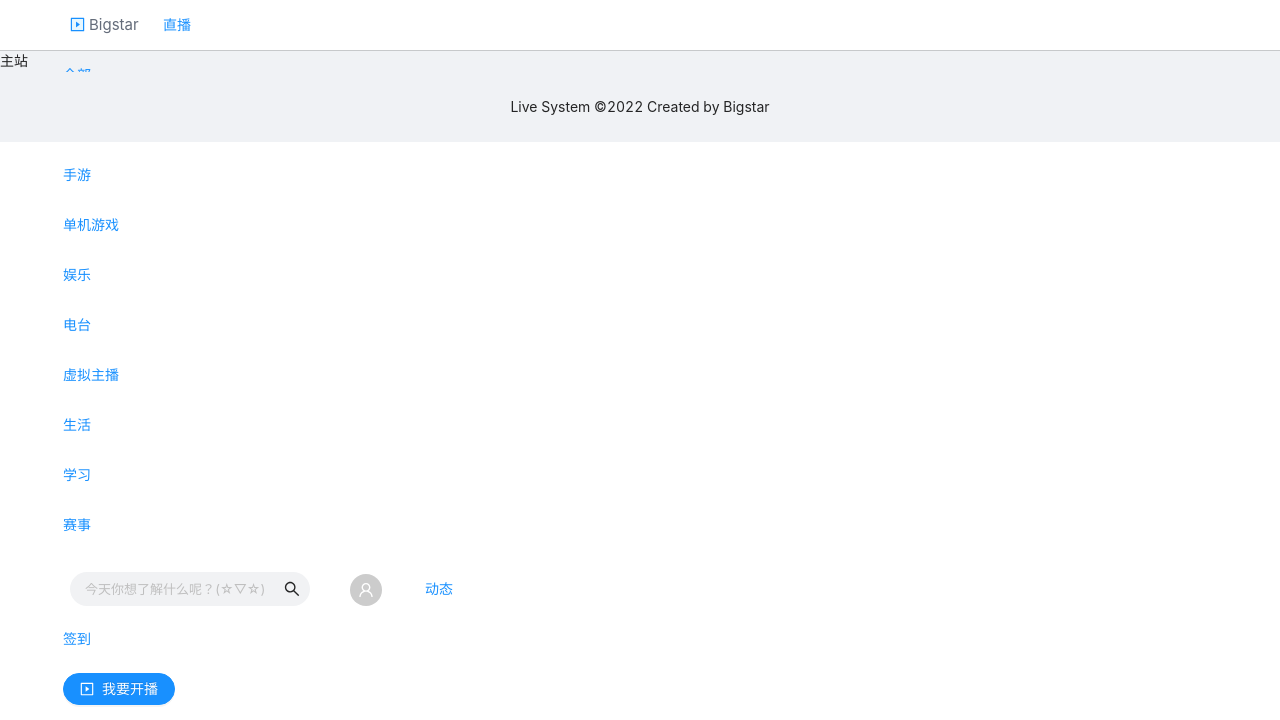
Repository: Bigstar-hyx/webrtc-react
Page: /
The author's editor kept a copy of each file at every save. The page is drawn from the files as they stood at one save, then again after the next save.
The browser window is 1280 px wide. The pictures show the whole page.
The project was rebuilt for these pictures with package versions that can differ from the ones it lists, and the page was loaded fresh each time. Also part of the build but not shown: craco.config.js, webpack.config.js, src/pages/live/Index.css, src/pages/live/component/Content/Video/video.css, src/pages/live/component/Content/Video/Video.js, src/pages/live/component/Content/Comments/comments.css, src/pages/live/component/Content/Comments/TalkSend.js, src/pages/live/component/Content/Comments/Talk.js and 7 more.

Above is the page before, as saved 2022-02-19 20:31:11.

After the next save:
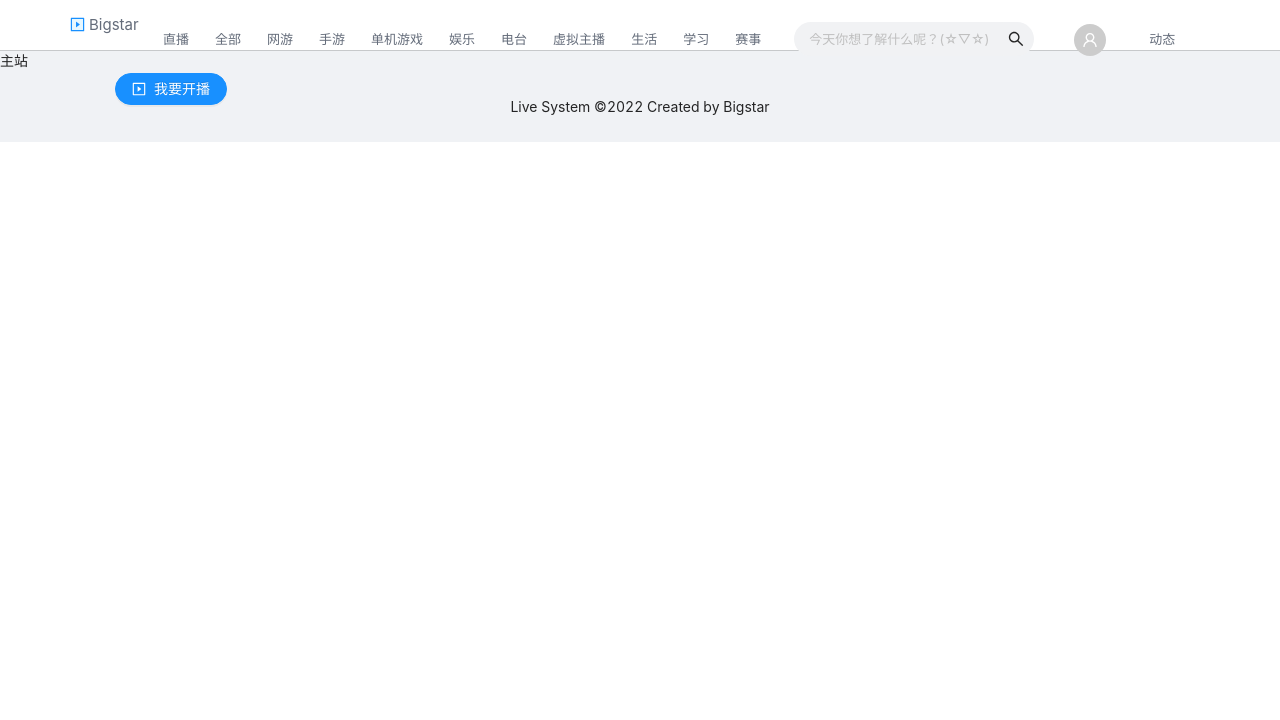
Saved 12 s later.
--- a/src/top/component/top-menu.css
+++ b/src/top/component/top-menu.css
@@ -1,7 +1,7 @@
 .top-menu ul {
   margin: auto;
 }
-.top-menu ul li a {
+ul li a {
   float: left;
   color: #646c7a;
   font-size: 13px;
